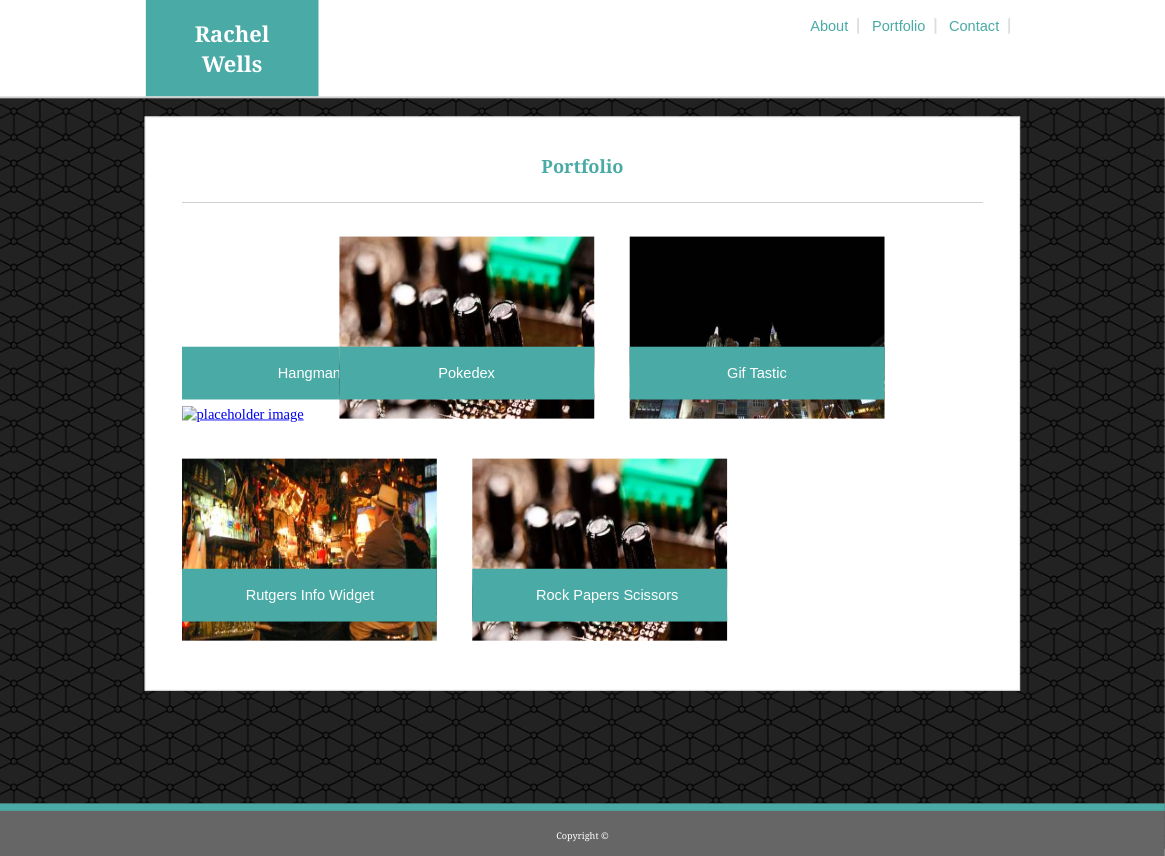
Repository: rachelsue/Responsive-Portfolio
Page: portfolio.html
These files come from the project's save history. The page is drawn as it stood at one moment and after a run of saves; the edit follows.
The browser window is 1280 px wide. The pictures show the whole page, at 91% of full size.

Above is the page before, as saved 2018-12-10 20:58:10.
Not found: Bootstrap-Portfolio/images/hangmanImg.png

### portfolio.html
<!DOCTYPE html>
<html lang="en">

<head>
    <meta charset="UTF-8">
    <meta name="viewport" content="width=device-width, initial-scale=1.0">
    <meta http-equiv="X-UA-Compatible" content="ie=edge">
    <meta name="viewport" content="width=device-width, initial-scale=1.0">
    <link rel="stylesheet" href="../Responsive-Portfolio/assets/css/style.css">
    <title>Portfolio</title>
</head>

<body>
    <!-- Name & Navigation -->
    <header>
        <section class="top cf">
            <div class="name">
                <h1 class="Rachel">Rachel Wells</h1>
            </div>

            <nav class="nav">
                <ul>
                    <li class="nav-li"><a href="index.html">About</a></li>
                    <li class="nav-li"><a href="portfolio.html">Portfolio</a></li>
                    <li class="nav-li"><a href="contact.html">Contact</a></li>
                </ul>
            </nav>
        </section>
    </header>

    <section class="background">
        <div class="container">
            <div class="content">

                <!-- Portfolio -->
                <h2>Portfolio</h2>
                <hr>

                <a href="https://rachelsue.github.io/Hangman/" class="portfolio">
                    <img class="hangimg" src="../Bootstrap-Portfolio/images/hangmanImg.png" alt="placeholder image">
                    <p class="cap hangman">Hangman</p>
                </a>
                <a href="https://jeff-lawlis.github.io/groupProject1/" class="portfolio">
                    <img class="rpgimg" src="../Basic-Portfolio/assets/images/colors.jpeg" alt="placeholder image">
                    <p class="cap rpg">Pokedex</p>
                </a>
                <a href="#" class="portfolio">
                    <img class="triviaimg" src="../Basic-Portfolio/assets/images/gorilla.jpeg" alt="placeholder image">
                    <p class="cap trivia">Gif Tastic</p>
                </a>
                <a href="#" class="portfolio">
                    <img class="rutgersimg" src="../Basic-Portfolio/assets/images/island.jpeg" alt="placeholder image">
                    <p class="cap rutgers">Rutgers Info Widget</p>
                </a>
                <a href="#" class="portfolio">
                    <img class="rockimg" src="../Basic-Portfolio/assets/images/this.jpeg" alt="placeholder image">
                    <p class="cap rock">Rock Papers Scissors</p>
                </a>
            </div>
        </div>
    </section>

    <!-- Footer -->
    <footer class="footer">
        <p class="copyright">Copyright ©</p>
    </footer>
</body>

</html>

### assets/css/style.css
html, body, div, span, applet, object, iframe,
h1, h2, h3, h4, h5, h6, p, blockquote, pre,
a, abbr, acronym, address, big, cite, code,
del, dfn, em, img, ins, kbd, q, s, samp,
small, strike, strong, sub, sup, tt, var,
b, u, i, center,
dl, dt, dd, ol, ul, li,
fieldset, form, label, legend,
table, caption, tbody, tfoot, thead, tr, th, td,
article, aside, canvas, details, embed,
figure, figcaption, footer, header, hgroup,
menu, nav, output, ruby, section, summary,
time, mark, audio, video {
	margin: 0;
	padding: 0;
	border: 0;
	font-size: 100%;
	font: inherit;
	vertical-align: baseline;
}

header {
    color: #ffffff;
    width:100%;
    margin: 0 auto;
    border-bottom: solid #ccc 2px;
}

html, body {
    height:100%;
    margin:0; /*used for sticky footer*/
}

.background {
    background-image: url(../images/connectwork.png);
    padding: 20px 0 85px;
    margin: 0 auto -50px; /*stick footer*/
    min-height:100%; /*stick footer*/
}

.content {
    padding: 30px 40px 30px 40px;
}

        /*Headers*/

h1 {
    font-size: 24px;
    font-weight: bolder;
    font-family: Georgia, 'Times New Roman', Times, serif;
}

h2 {
    color:#4aaaa5;
    font-weight:bold;
    font-family:Georgia, 'Times New Roman', Times, serif;
    font-size:20px;
    padding:10px;
    text-align: center;
}

        /*Line*/

hr {
    display: block;
    height: 1px;
    border: 0;
    border-top: 1px solid #ccc;
    margin: 1em 0;
    padding: 0;
}

        /*Name*/

.top {
    max-width:960px;
    margin: 0 auto;
}

.name {
    float: left;
}

.Rachel {
    background-color: #4aaaa5;
    padding: 20px;
    color: white;
    width: 150px;
    text-align: center;
    font-family:Georgia, 'Times New Roman', Times, serif;
}

        /*Navigation*/

.nav {
    float: right;
}

nav a {
text-decoration: none;
color: #4aaaa5;
}

.nav-li {
    font-family: Arial, 'Helvetica Neue', Helvetica, sans-serif;
    display: inline;
    margin-right: 10px;
    padding-right: 10px;
    border-right: solid #dddddd 2px;
    position:relative;
    top: 20px;
}

        /*Bio Content*/

.container {
    max-width:960px;
    margin: 0px auto;
    background-color: white;
    border: solid #ddd 1px;
}

.bio-pic {
    float:left;
    width:200px;
    height: 200px;
    margin-right:20px;
    padding-bottom: 10px;
}

p {
    font-family: Arial, Helvetica, sans-serif;
    color: #777777;
}

        /*Footer & Clear*/

.footer {
    width:100%;
    text-align:center;
    background-color: #666;
    border-top: solid #4aaaa5 8px;
    bottom: 0px;
    clear:both;
    height: 50px;
}

.copyright {
    font-size: 10px;
    color:white;
    font-family: Georgia, 'Times New Roman', Times, serif;
    position:relative;
    padding-top:20px;
}

    /*Contact Styling*/

.input {
    padding: 5px 0px 5px;
    width:100%;
    font-family: Arial, 'Helvetica Neue', Helvetica, sans-serif;
    font-size: 12px;
    text-indent: 5px;
    resize:vertical;
}

textarea {
    height: 150px;
    width: 100%;
    border-color: #ddd;
}

.submit {
    font-family: Arial, 'Helvetica Neue', Helvetica, sans-serif;
    background-color: #4aaaa5;
    color: #fff;
    border: solid none 1px;
    margin-top: 10px;
    padding: 10px 25px 10px;
    font-size: 16px;
}

label {
    font-size: 16px;
    display:block;
    font-family: Arial, 'Helvetica Neue', Helvetica, sans-serif;
    padding: 10px 0 5px;
}

    /* Portfolio Styling*/

.cap {
    padding: 20px 70px 20px;
    font-family: Arial, 'Helvetica Neue', Helvetica, sans-serif;
    font-size: 16px;
    background-color: #4aaaa5;
    width: 140px;
    color:#fff;
    text-align: center;
    white-space: nowrap;
    position: absolute;
    bottom:45px;
}

.portfolio {
    padding: 20px 35px 20px 0px;
    max-width: 280px;
    margin-right:0;
    display: inline-block;
    position:relative;
}

img {
    width:280px;
    height:200px;
}



@media only screen and (min-width: 769) and (max-width: 980px) {
    .top {
        width:80%;
    }
}

@media only screen and (min-width: 641) and (max-width: 768px) {
    .top {
        width: 100%;
    }

    .container {
        width: 100%;
    }

}

@media only screen and (max-width: 640px) {

    header{
     position: static;
    }

    .top {
        width:100%;
        height:130px;
    }

    .container {
        width: 80%;
        position: relative;
        right:0;
    }

    .bio-pic {
        margin-left:15%;
        margin-right:5%;
        width:70%;
    }

    p {
        text-align: center;
    }

    .name {float:none;}

    .Rachel {width:100%;
    padding-right:50px;
    padding-left:5px;
    }

   .nav {

        width:100%;
    }

    .nav-li {

    margin-left:13%;
    padding-right:2%;
    }
}

.cf {
    clear:both;
    overflow:auto;
}

After the next 3 saves:
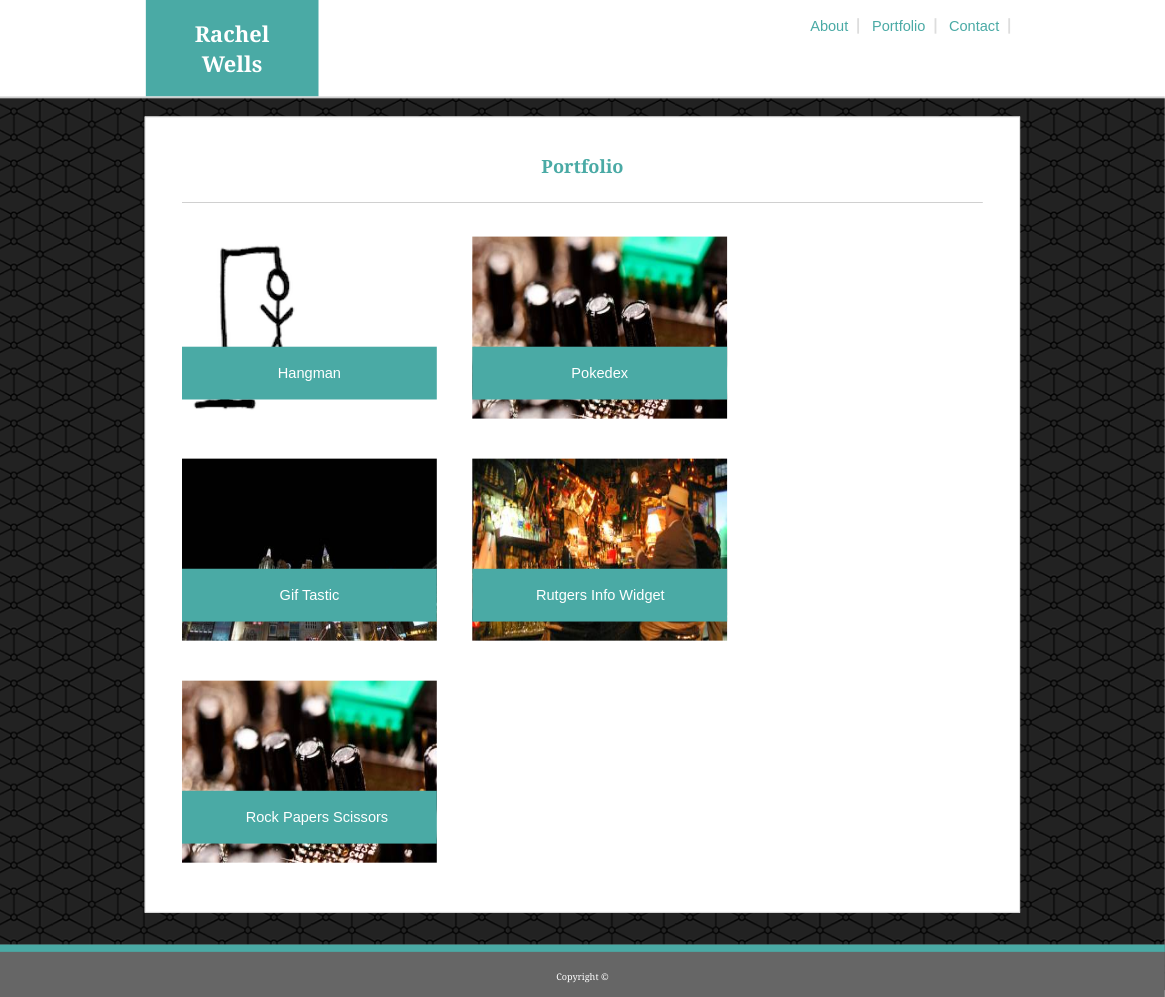
The 3 saves are shown as one change because they came seconds apart.
The last was saved 9 min 33 s later.
--- a/portfolio.html
+++ b/portfolio.html
@@ -37,7 +37,7 @@
                 <hr>
 
                 <a href="https://rachelsue.github.io/Hangman/" class="portfolio">
-                    <img class="hangimg" src="../Bootstrap-Portfolio/images/hangmanImg.png" alt="placeholder image">
+                    <img class="hangimg" src="./assets/images/hangmanImg.png" alt="placeholder image">
                     <p class="cap hangman">Hangman</p>
                 </a>
                 <a href="https://jeff-lawlis.github.io/groupProject1/" class="portfolio">
